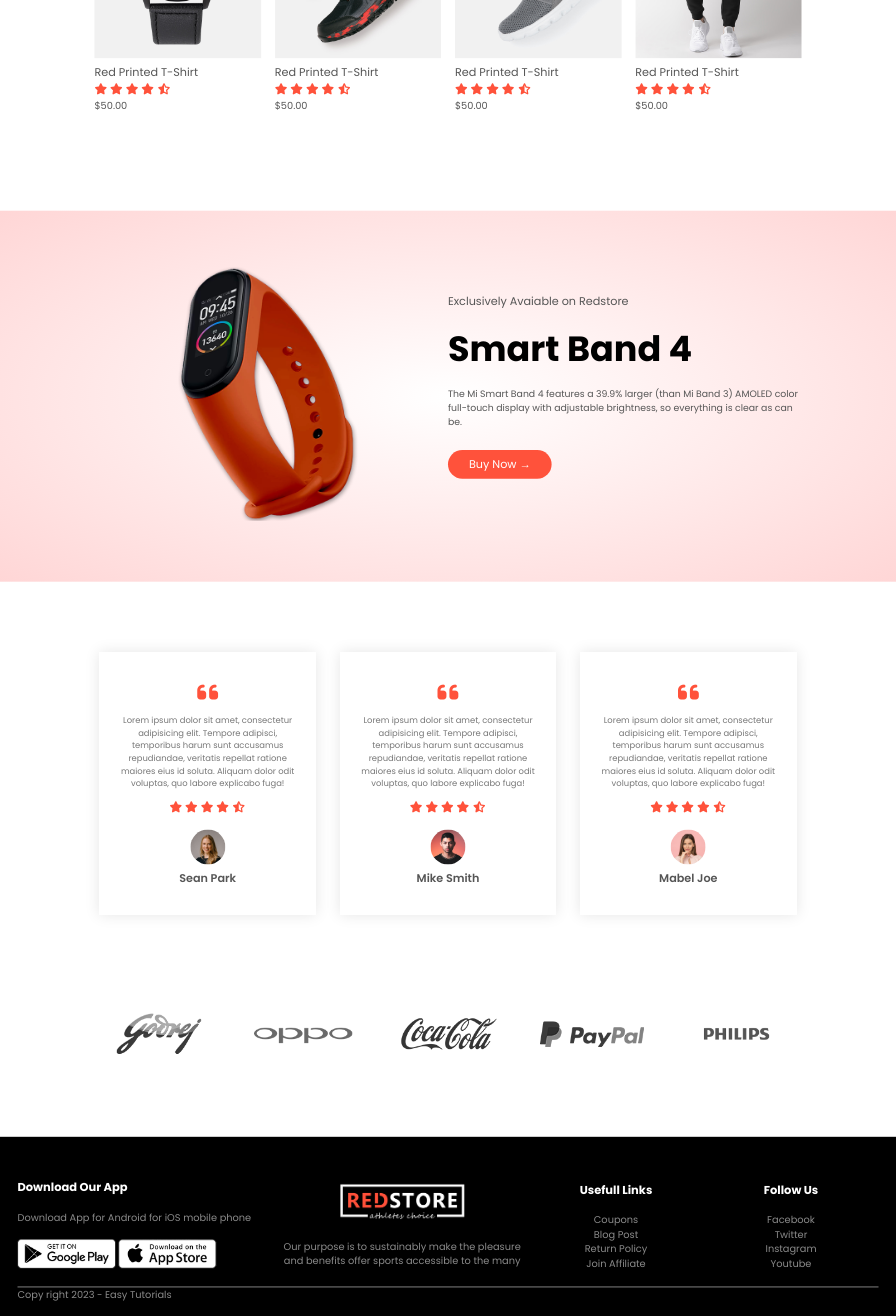
Repository: datvu1608/redsportstore
Page: index.html
The author's editor kept a copy of each file at every save. The page is drawn from the files as they stood at one save, then again after the next save.
The browser window is 1280 px wide. The pictures show the part of the page from y = 2760 to 4680 px (the page is 4640 px tall before and 4680 px after), at 70% of full size.

Above is the page before, as saved 2023-11-23 15:21:55.

After the next save:
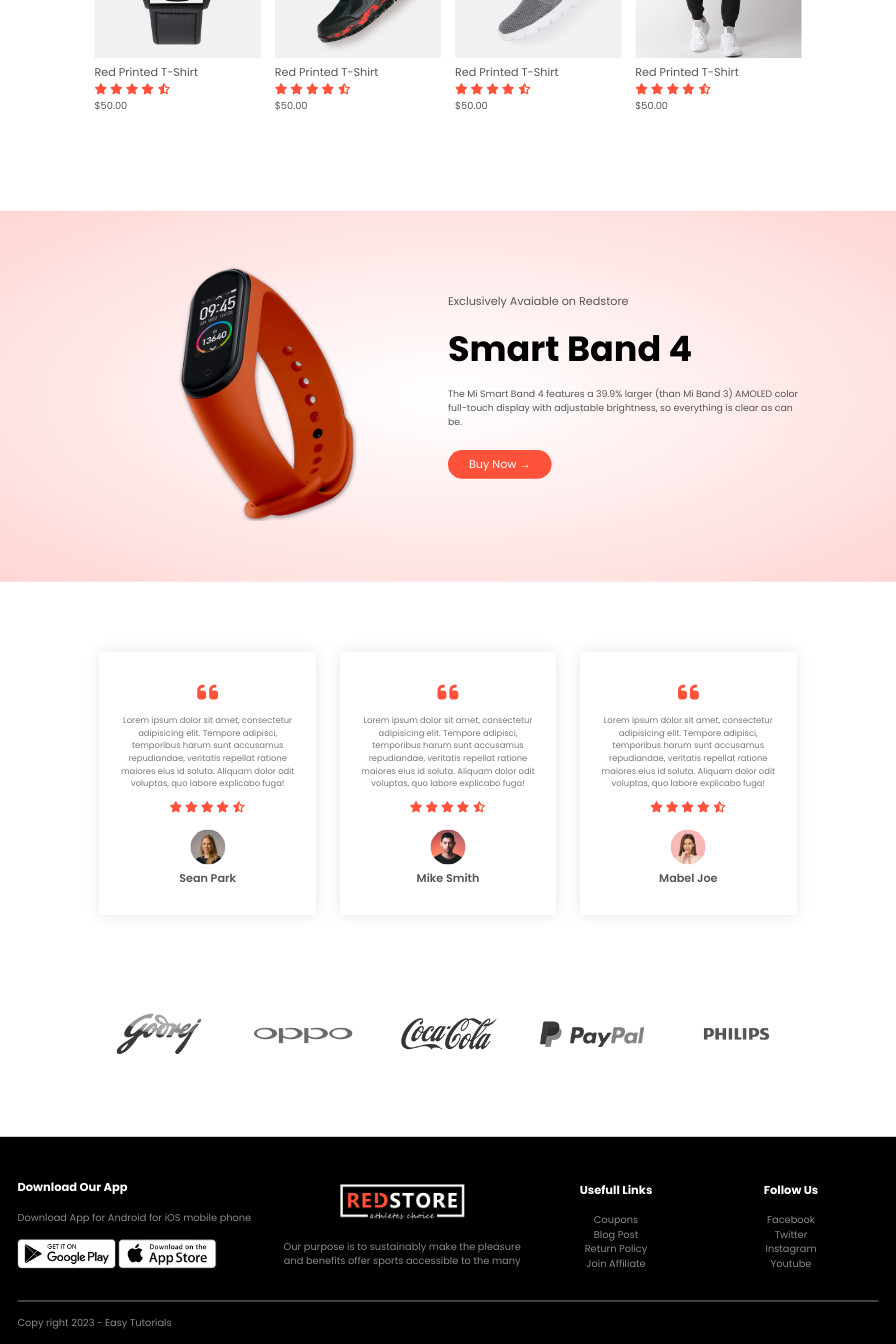
Saved 4 s later.
--- a/styles.css
+++ b/styles.css
@@ -251,4 +251,5 @@
   border: none;
   background: #b5b5b5;
   height: 1px;
-}
+  margin: 20px 0;
+}
